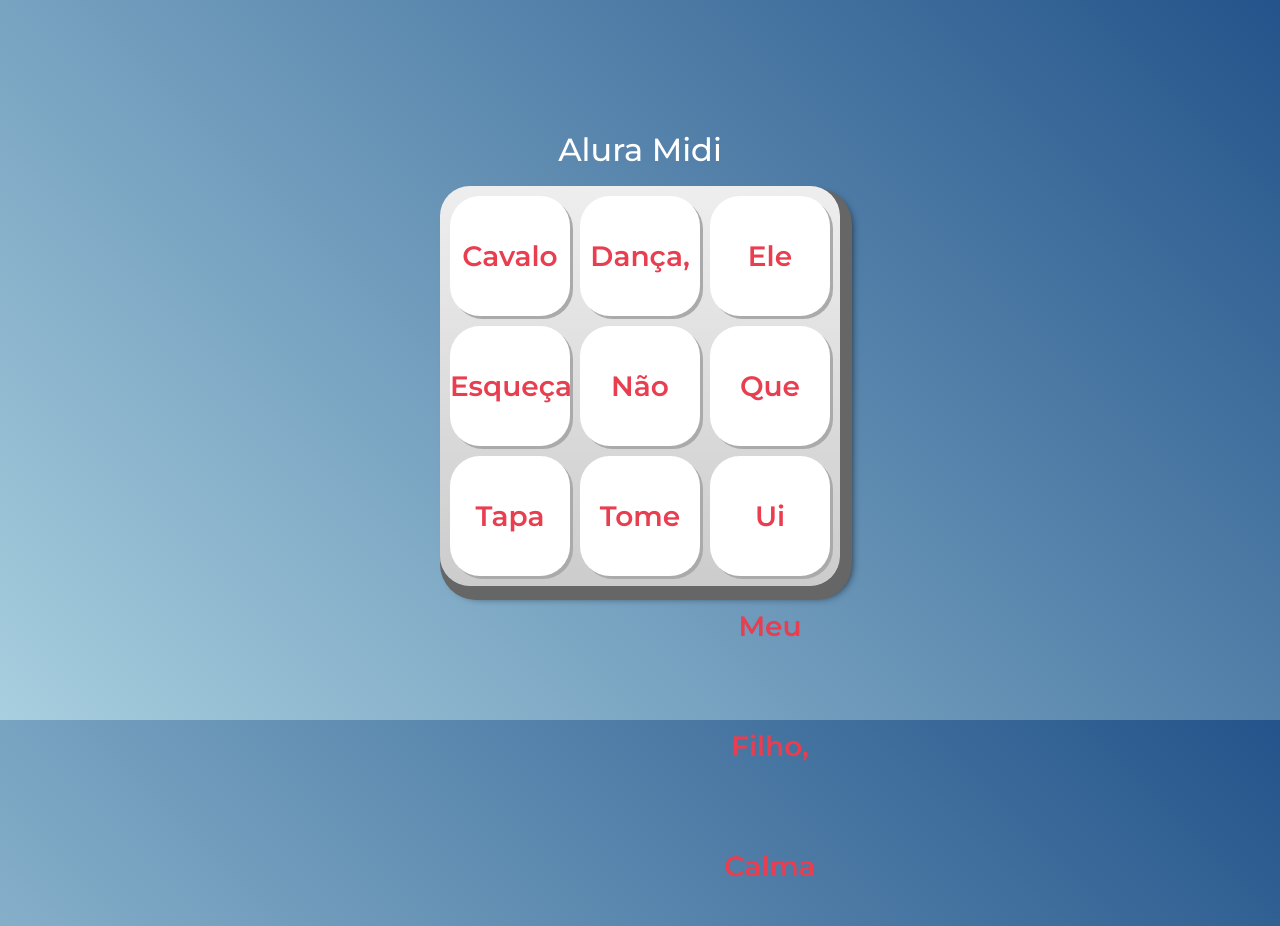
Repository: barbara-teresa-toledo/rodrigo-faro-sounds
Page: index.html
An editor plug-in stored every save of this project. The page is shown before and after the next save, followed by the edit.
The browser window is 1280 px wide. The pictures show the whole page.

Above is the page before, as saved 2022-08-02 16:03:45.

After the next save:
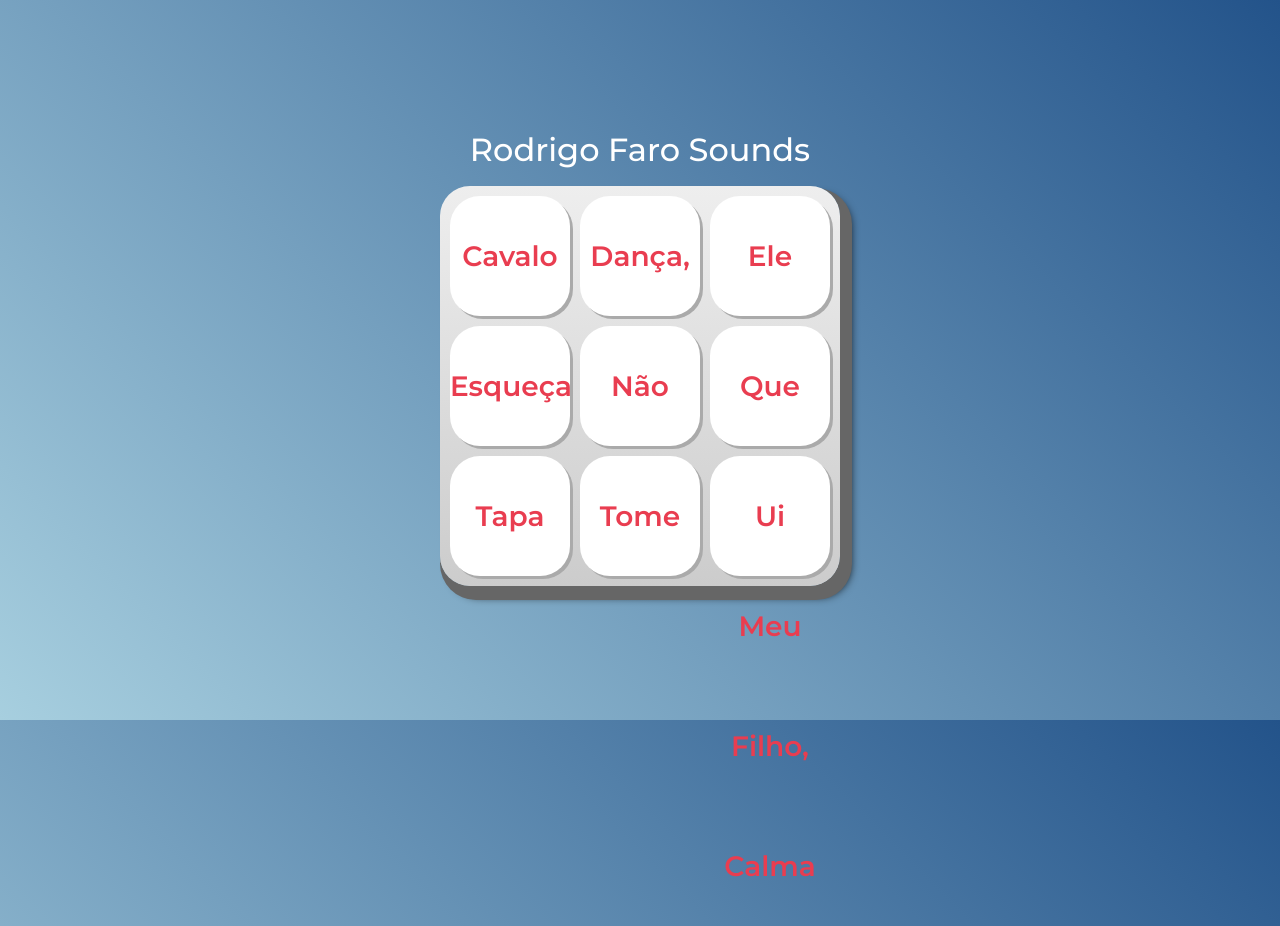
Saved 3 min 13 s later.
--- a/index.html
+++ b/index.html
@@ -18,7 +18,7 @@
 </head>
 <body>
 
-    <h1>Alura Midi</h1>
+    <h1>Rodrigo Faro Sounds</h1>
 
     <section class="teclado">
         <button class="tecla cavalo">Cavalo</button>
